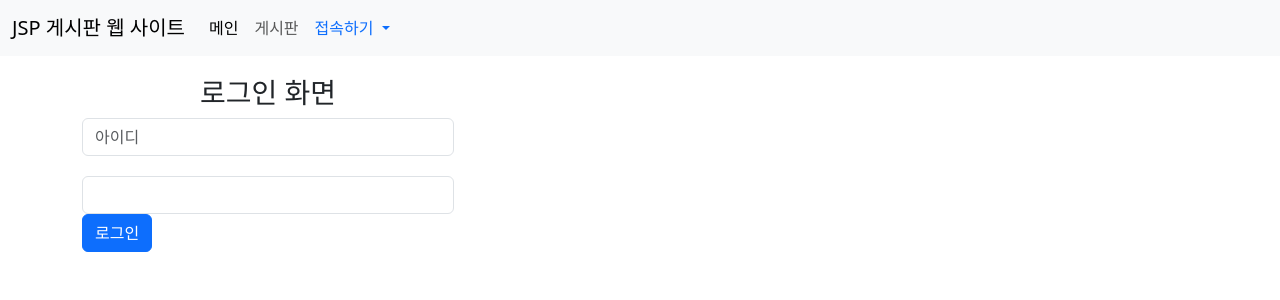
Repository: jeongjimin0/Jeongjimin
Page: http://localhost/WebTest/login.jsp
These files come from the project's save history. The page is drawn as it stood at one moment and after the next save; the edit follows.
The browser window is 1280 px wide. The pictures show the whole page.
The page is served by Tomcat 9.

Above is the page before, as saved 2023-02-27 14:22:00.

After the next save:
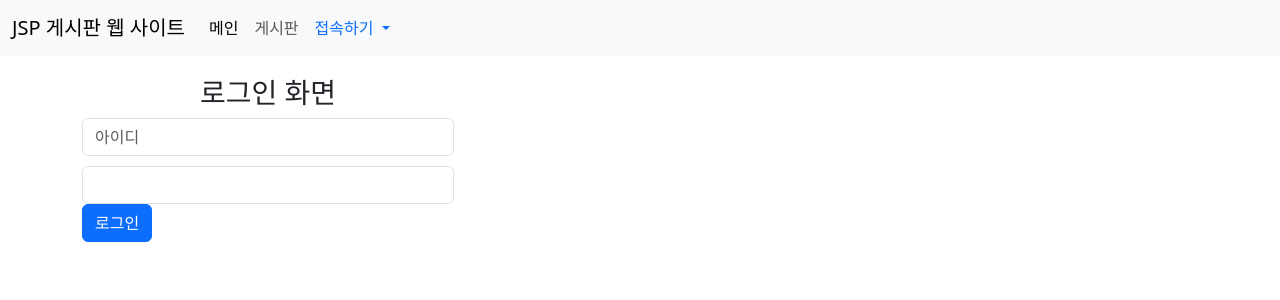
Saved 6 s later.
--- a/projects/WebTest/src/main/webapp/login.jsp
+++ b/projects/WebTest/src/main/webapp/login.jsp
@@ -41,7 +41,7 @@
 		<div class="jumbotron" style="padding-top: 20px;">
 			<form method="post" action="loginAction.jsp">
 				<h3 style="text-align: center;">로그인 화면</h3>
-				<div class="form-group" style="padding-bottom: 20px;">
+				<div class="form-group" style="padding-bottom: 10px;">
 					<input type="text" class="form-control" placeholder="아이디" name="userID" maxlenth="20">
 				</div>
 				<div class="form-group">
